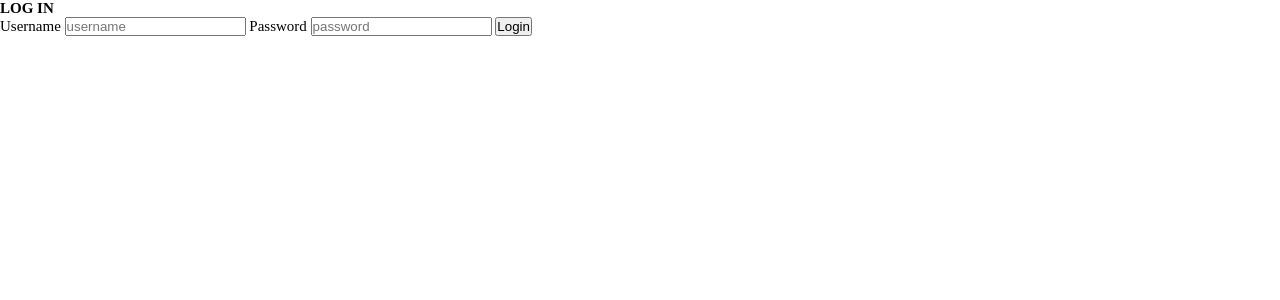
Repository: huyna1707/learning-git
Page: index.html
The author's editor kept a copy of each file at every save. The page is drawn from the files as they stood at one save, then again after the next save.
The browser window is 1280 px wide. The pictures show the whole page.

Above is the page before, as saved 2024-08-09 23:11:49.

After the next save:
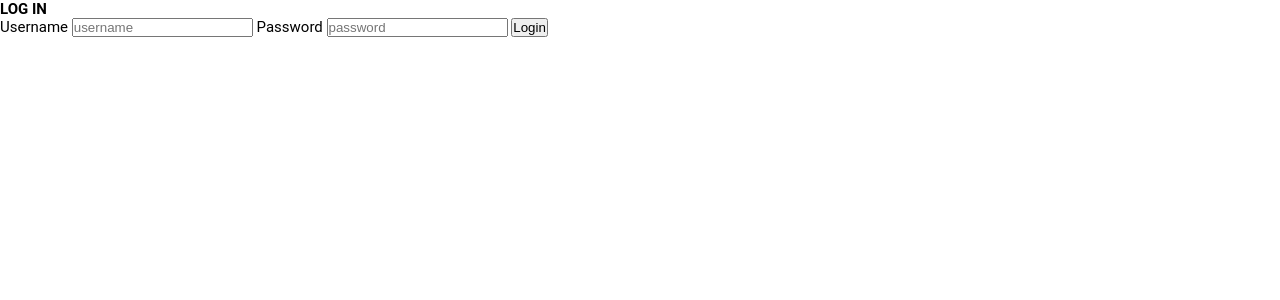
Saved 6 s later.
--- a/style.css
+++ b/style.css
@@ -6,5 +6,5 @@
 
 html{
     font-size: 15px;
-    font-family: ;
+    font-family: 'Roboto', sans-serif;
 }
